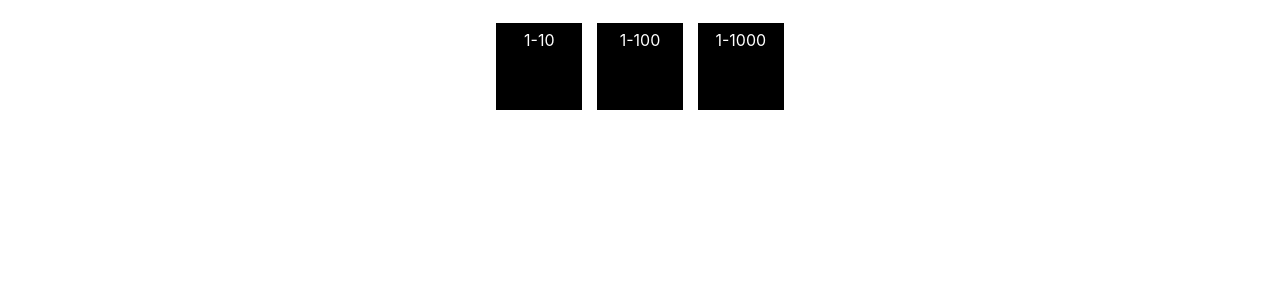
Repository: michalgornicki/number-generator
Page: /
These files come from the project's save history. The page is drawn as it stood at one moment and after a run of saves; the edit follows.
The browser window is 1280 px wide. The pictures show the whole page.
The project was rebuilt for these pictures with package versions that can differ from the ones it lists, and the page was loaded fresh each time.

Above is the page before, as saved 2021-12-03 13:41:08.

After the next 2 saves:
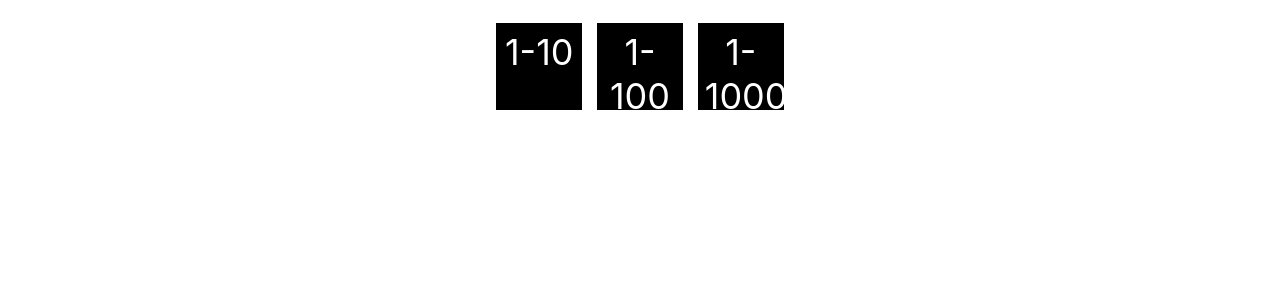
The 2 saves are shown as one change because they came seconds apart.
The last was saved 11 s later.
--- a/src/App.css
+++ b/src/App.css
@@ -18,6 +18,7 @@ body{
     margin: 1vmin;
     cursor: pointer;
     text-align: center;
+    font-size: 5vmin;
 }
 
 .map{
